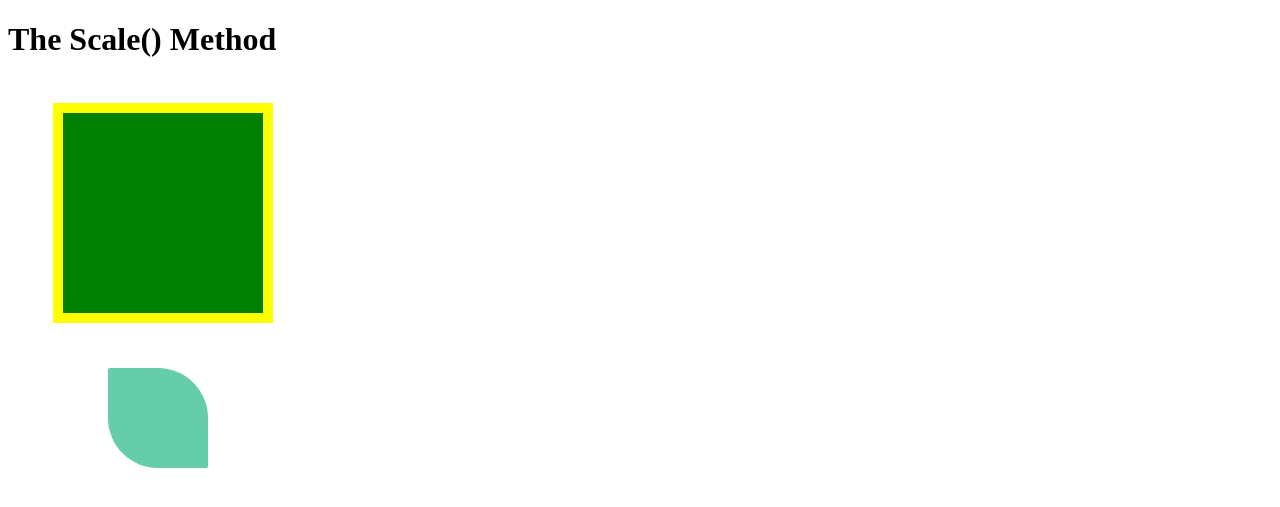
Repository: BhardwajMonika/core-java
Page: HTML2/WebContent/Scale.html
The author's editor kept a copy of each file at every save. The page is drawn from the files as they stood at one save, then again after the next save.
The browser window is 1280 px wide. The pictures show the whole page.
The pointer rests on the first visible `.square`.

Above is the page before, as saved 2019-02-27 10:52:22.

After the next save:
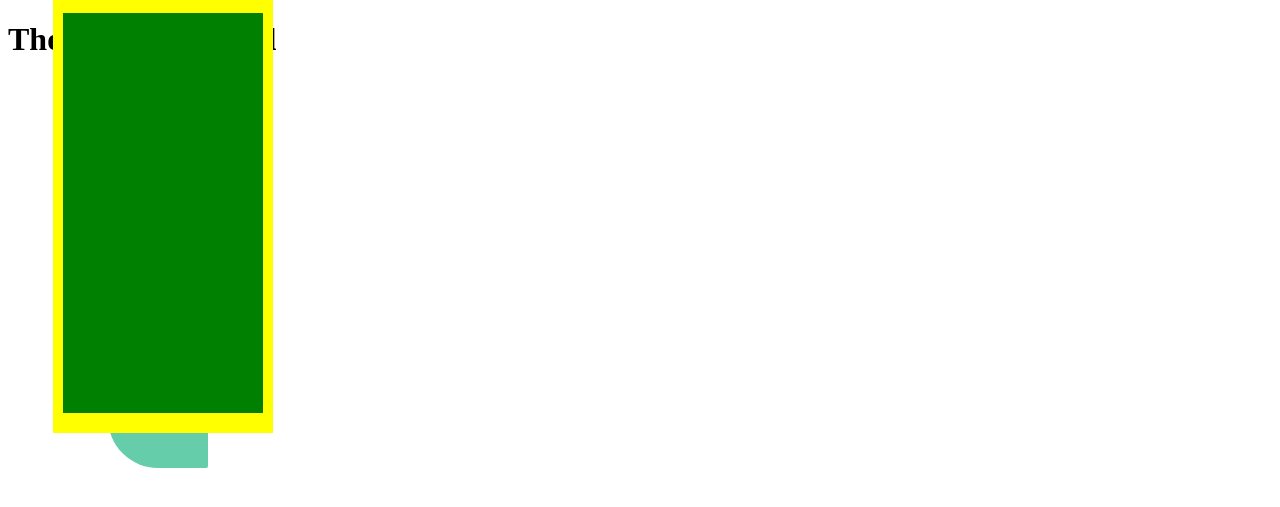
Saved 110 s later.
--- a/HTML2/WebContent/Scale.html
+++ b/HTML2/WebContent/Scale.html
@@ -11,7 +11,7 @@
 transition:transform 1s;
 }
 
-.square:hover{transform:scale(2);}
+.square:hover{transform:scale(2,4);}
 
 .droplet{
 height:100px;

After the save that followed:
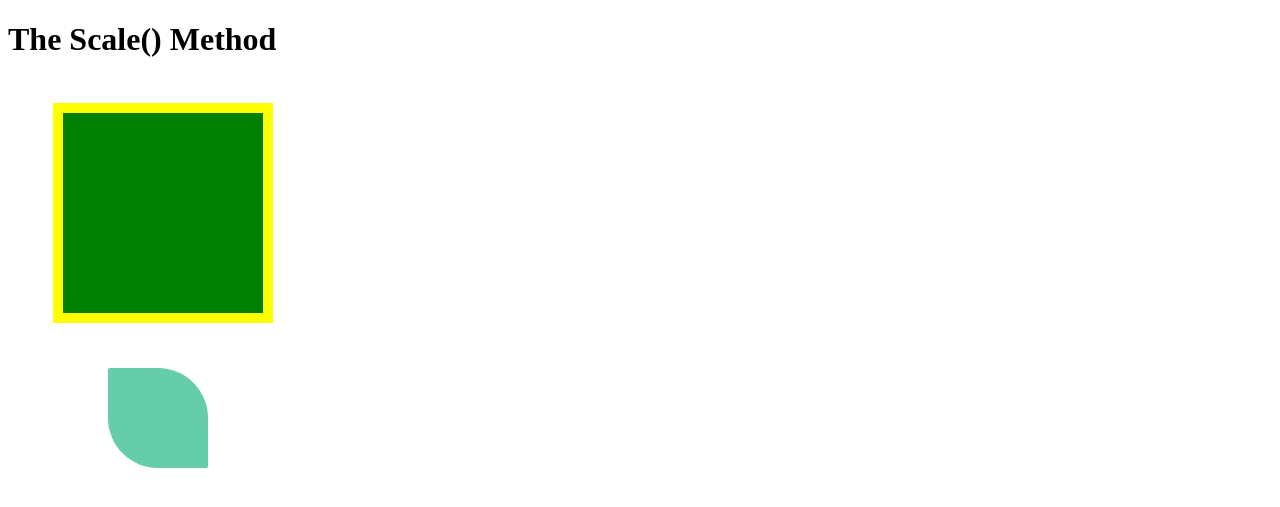
Saved 15 s later.
--- a/HTML2/WebContent/Scale.html
+++ b/HTML2/WebContent/Scale.html
@@ -11,7 +11,7 @@
 transition:transform 1s;
 }
 
-.square:hover{transform:scale(2,4);}
+.square:hover{transform:scale(2,2);}
 
 .droplet{
 height:100px;
